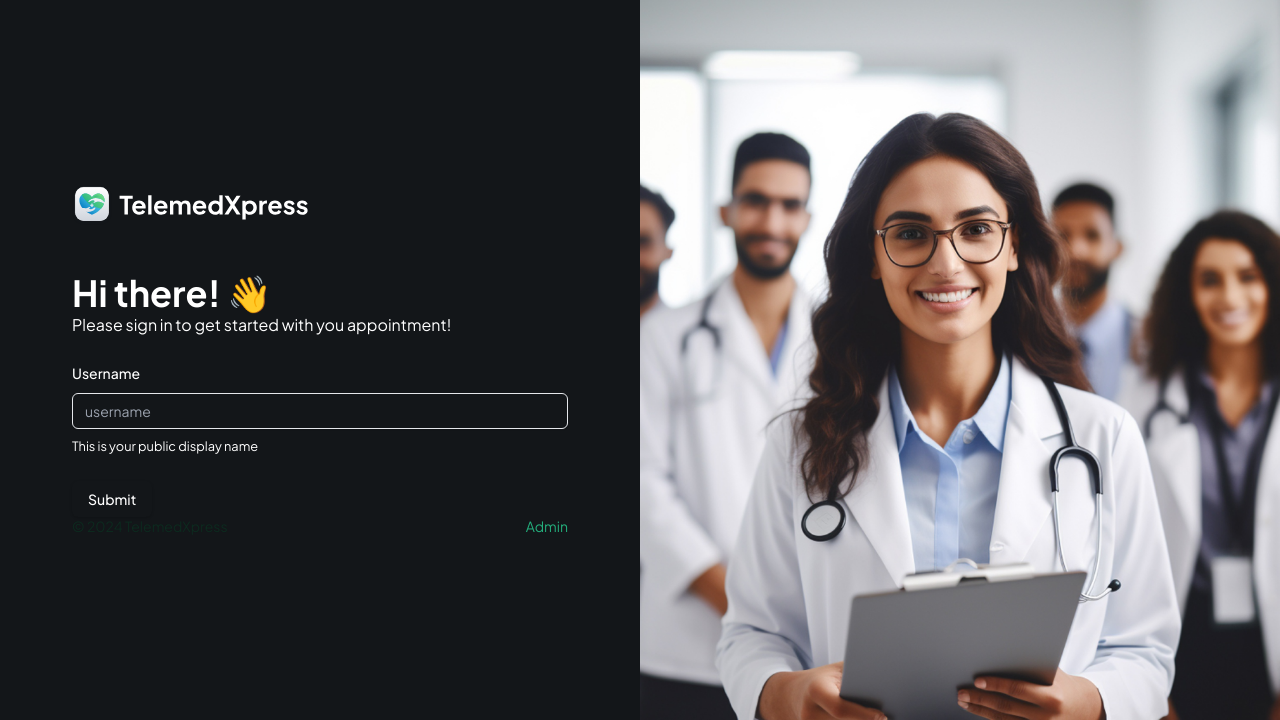
Repository: Carlito-Pedida/telemed
Page: /
An editor plug-in stored every save of this project. The page is shown before and after the next save, followed by the edit.
The browser window is 1280 px wide. The pictures show the whole page.
The project was rebuilt for these pictures with package versions that can differ from the ones it lists, and the page was loaded fresh each time. The framework's server and built-in components were replaced by stand-ins that run in the browser. Also part of the build but not shown: next.config.mjs.

Above is the page before, as saved 2024-11-04 17:29:46.

After the next save:
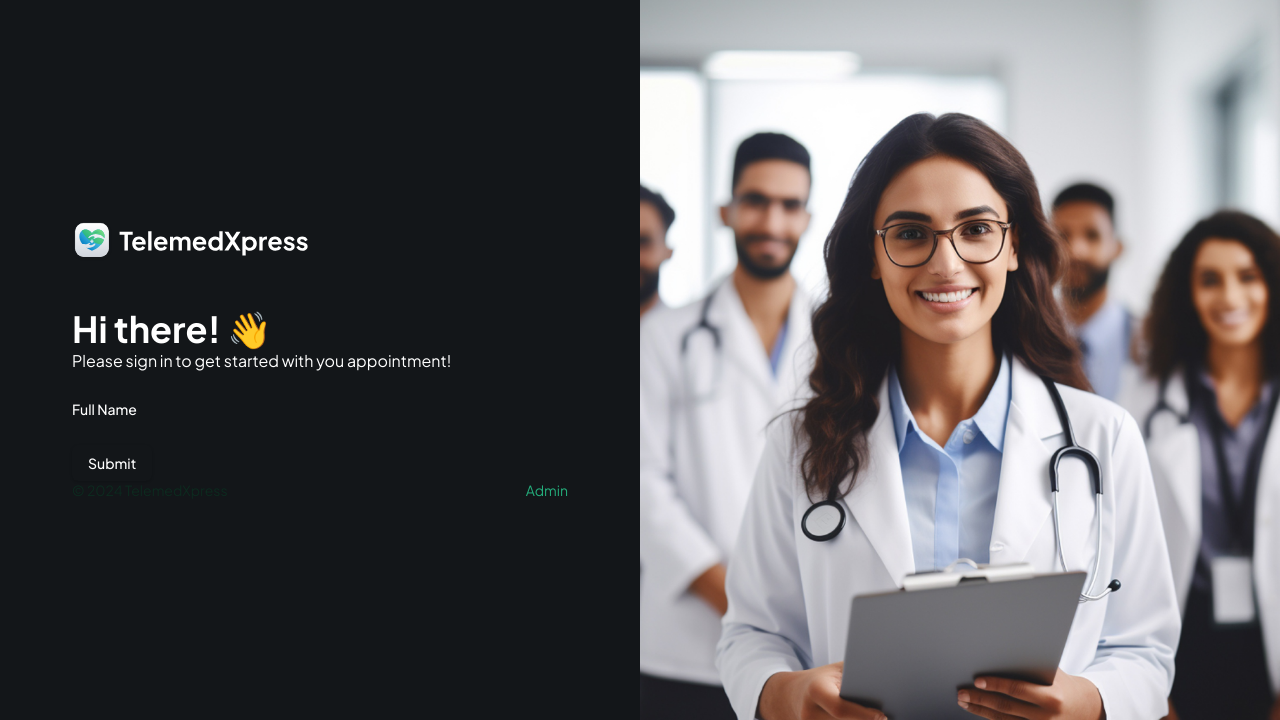
Saved 2 min 11 s later.
--- a/components/CustomformField.tsx
+++ b/components/CustomformField.tsx
@@ -27,19 +27,16 @@ interface CustomProps {
   renderSkeleton?: (field: any) => React.ReactNode;
 }
 
-const CustomFormField = ({ control, fieldType, name }: CustomProps) => {
+const CustomFormField = ({ control, fieldType, name, label }: CustomProps) => {
   return (
     <FormField
       control={control}
       name="username"
       render={({ field }) => (
-        <FormItem>
-          <FormLabel>Username</FormLabel>
-          <FormControl>
-            <Input placeholder="username" {...field} />
-          </FormControl>
-          <FormDescription>This is your public display name</FormDescription>
-          <FormMessage />
+        <FormItem className="flex-1">
+          {fieldType !== FormFieldType.CHECKBOX && label && (
+            <FormLabel>{label}</FormLabel>
+          )}
         </FormItem>
       )}
     />
